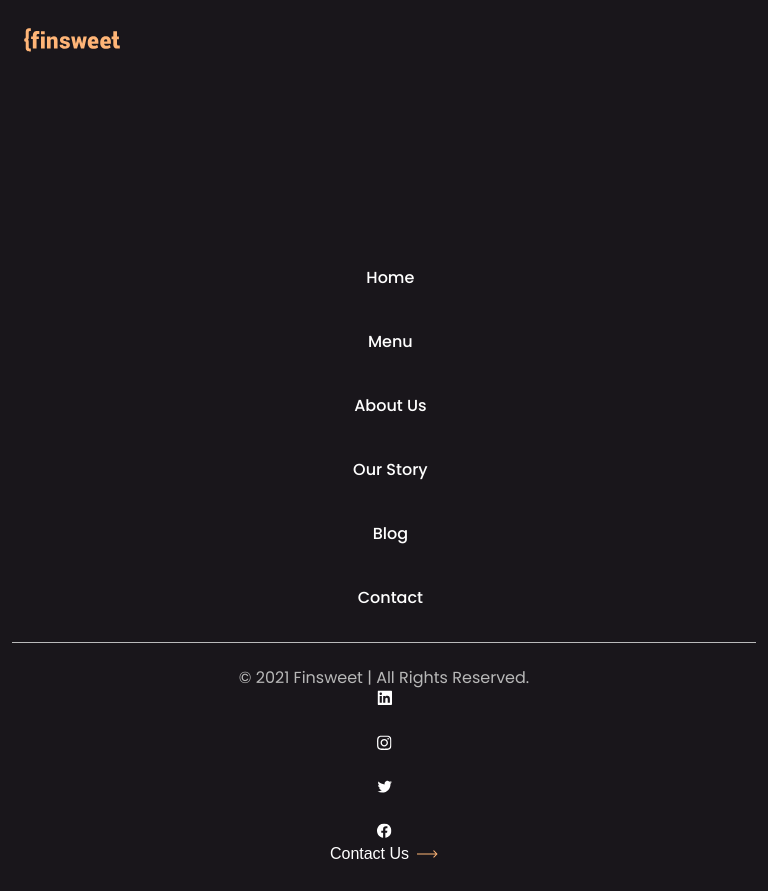
Repository: Minns-Cao/project-finsweet
Page: contact.html
An editor plug-in stored every save of this project. The page is shown before and after a run of saves, followed by the edit.
The browser window is 768 px wide. The pictures show the whole page.
Some web fonts or font styles are not loaded; a fallback is used.

Above is the page before, as saved 2023-04-28 14:50:47.

After the next 2 saves:
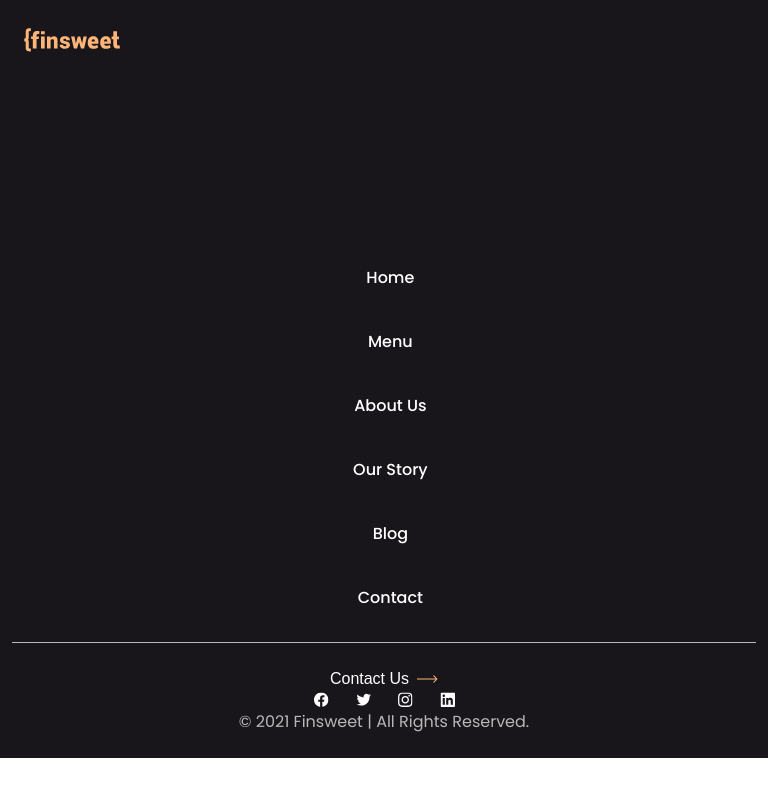
The 2 saves are shown as one change because they came seconds apart.
The last was saved 11 s later.
--- a/assets/css/style.css
+++ b/assets/css/style.css
@@ -254,15 +254,14 @@ a {
     }
 
     .contact-footer {
-        flex-direction: column;
-        justify-content: center;
-        align-items: center;
-    }
-
-    .contact-footer .socials-list {
         flex-direction: column-reverse;
         justify-content: center;
         align-items: center;
+    }
+
+    .contact-footer .socials-list {
+        justify-content: center;
+        align-items: center;
         transform: translateX(0);
     }
 }
